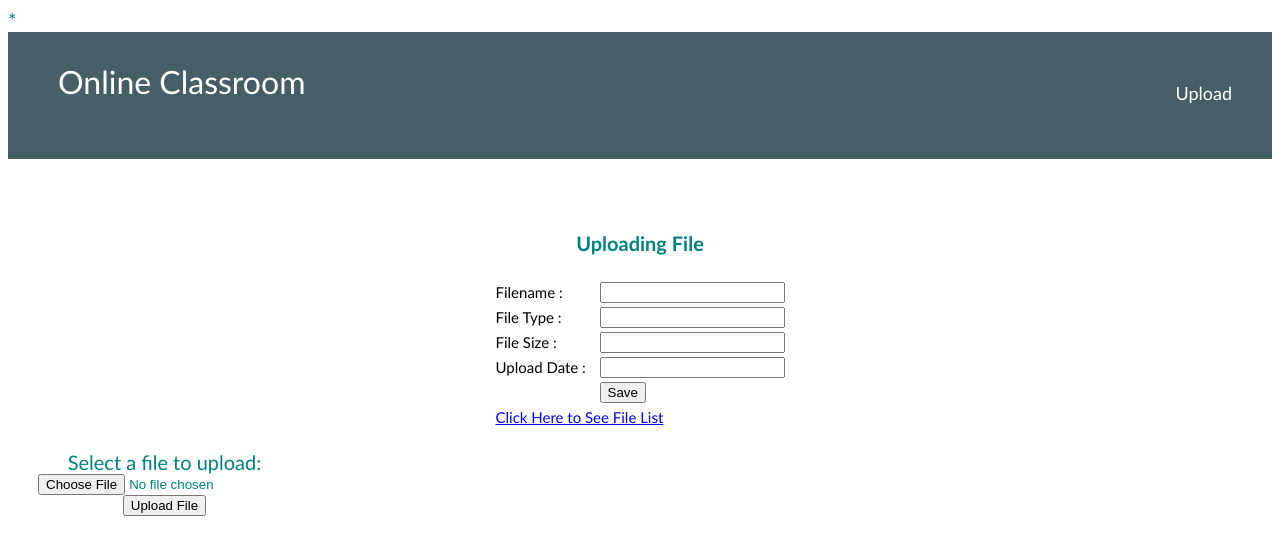
Repository: cs192-s2-2013/coffee
Page: http://localhost/BCOnlineClassroom/WEB-INF/jsp/upload.jsp
An editor plug-in stored every save of this project. The page is shown before and after the next save, followed by the edit.
The browser window is 1280 px wide. The pictures show the whole page.
The page is served by Tomcat 9. Nobody is signed in. Other server files are loaded and not shown. The template is opened directly, without the code that normally fills it, so the values that code supplies are empty.

Above is the page before, as saved 2014-03-01 03:53:16.

### BCOnlineClassroom/WebContent/WEB-INF/jsp/upload.jsp
<!--  Edit starts here -->
<%@ taglib uri="http://www.springframework.org/tags/form" prefix="form"%> *
<!--  Edit ends here -->

<%@ taglib uri="http://java.sun.com/jsp/jstl/core" prefix="c" %>
<%@ page session="false" %>

<html>
<head>
<meta http-equiv="Content-Type" content="text/html; charset=UTF-8">
<title>Upload</title>

<!--  Edit starts here -->
<style>
body {
	font-size: 20px;
	color: teal;
	font-family: Calibri;
}

td {
	font-size: 15px;
	color: black;
	width: 100px;
	height: 22px;
	text-align: left;
}

.heading {
	font-size: 18px;
	color: white;
	font: bold;
	background-color: orange;
	border: thick;
}
</style>
<!--  Edit ends here -->

</head>
<body>
<div id="titlebox" style="background-color:#465e67; height:18%; margin-top:none;">
<div id="title" style="margin-top:30px; margin-left:50px; float:left;"><font size="6px" color="white">Online Classroom</font></div>

<div id="menu" style="margin-top:50px; margin-right:40px; float:right; ">
<font color="white"; size ="4px">Upload</font>
</div>
</div>


<!--  Edit starts here -->
	<center>
		<br /> <br /> <br /> <b>Uploading File </b> <br />
		<br />
		<div>
			<form:form action="fileUploaded" method="post" modelAttribute="matFile"
                        enctype="multipart/form-data" >
				<table>
					<tr>
						<td>Filename :</td>
						<td><form:input path="fileName" /></td>
					</tr>
					<tr>
						<td>File Type :</td>
						<td><form:input path="fileType" /></td>
					</tr>
					<tr>
						<td>File Size :</td>
						<td><form:input path="fileSize" /></td>
					</tr>
					<tr>
						<td>Upload Date :</td>
						<td><form:input path="uploadDate" /></td>
					</tr>
					<tr>
						<td>&nbsp;</td>
						<td><input type="submit" value="Save" /></td>
					</tr>
					<tr>

						<td colspan="2"><a href="getList">Click Here to See File List</a></td>
					</tr>
				</table>

				<div style="margin-top:20px; margin-left:30px; float:left;">
Select a file to upload: <br />
<input type="file" name="file" size="50" />
<br />
<input type="submit" value="Upload File" />
</div>

			</form:form>
		</div>
	</center>
<!-- Edit ends here -->

</body>
</html>

After the next save:
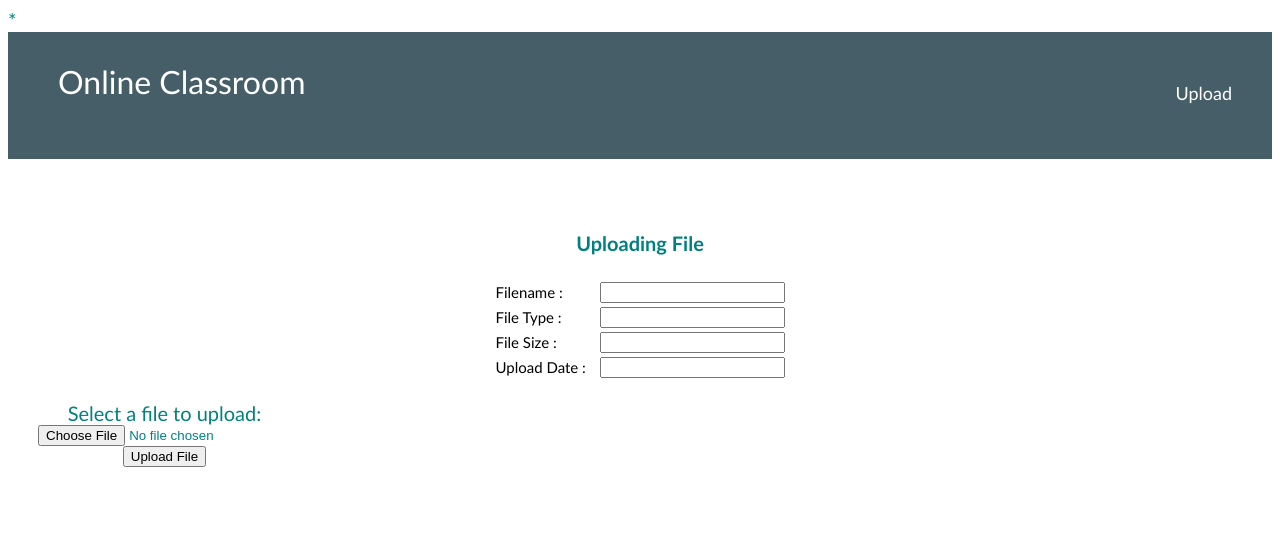
Saved 4 min 50 s later.
--- a/BCOnlineClassroom/WebContent/WEB-INF/jsp/upload.jsp
+++ b/BCOnlineClassroom/WebContent/WEB-INF/jsp/upload.jsp
@@ -52,8 +52,7 @@ td {
 		<br /> <br /> <br /> <b>Uploading File </b> <br />
 		<br />
 		<div>
-			<form:form action="fileUploaded" method="post" modelAttribute="matFile"
-                        enctype="multipart/form-data" >
+			<form:form action="fileUploaded" method="post" modelAttribute="matFile">
 				<table>
 					<tr>
 						<td>Filename :</td>
@@ -71,22 +70,14 @@ td {
 						<td>Upload Date :</td>
 						<td><form:input path="uploadDate" /></td>
 					</tr>
-					<tr>
-						<td>&nbsp;</td>
-						<td><input type="submit" value="Save" /></td>
-					</tr>
-					<tr>
-
-						<td colspan="2"><a href="getList">Click Here to See File List</a></td>
-					</tr>
 				</table>
 
 				<div style="margin-top:20px; margin-left:30px; float:left;">
-Select a file to upload: <br />
-<input type="file" name="file" size="50" />
-<br />
-<input type="submit" value="Upload File" />
-</div>
+				Select a file to upload: <br />
+				<input type="file" name="file" size="50" />
+				<br />
+				<input type="submit" value="Upload File" />
+				</div>
 
 			</form:form>
 		</div>
